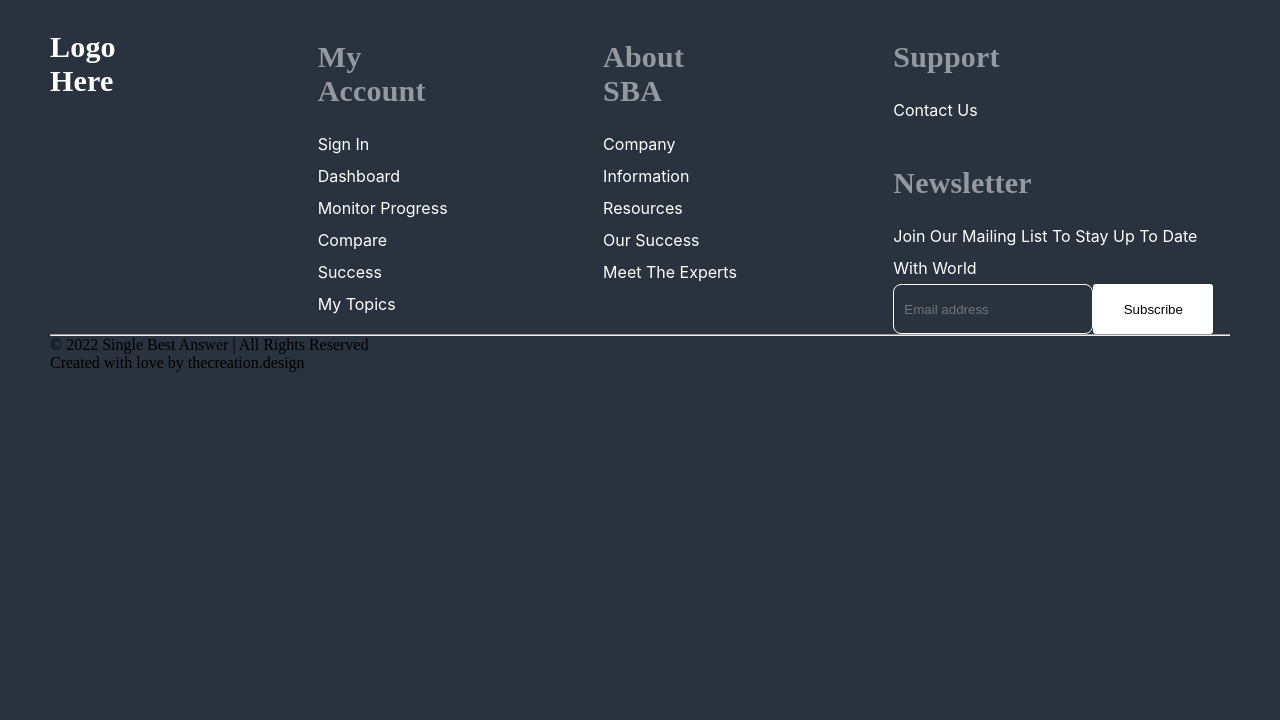
Repository: FaridRustamov09/Final-Task
Page: Pages/connectionPage/index.html
These files come from the project's save history. The page is drawn as it stood at one moment and after the next save; the edit follows.
The browser window is 1280 px wide. The pictures show the whole page.
The style sheet was rebuilt from its Sass, Less or Tailwind sources for each picture, by a compiler version that may differ from the author's.

Above is the page before, as saved 2024-07-14 20:48:15.

After the next save:
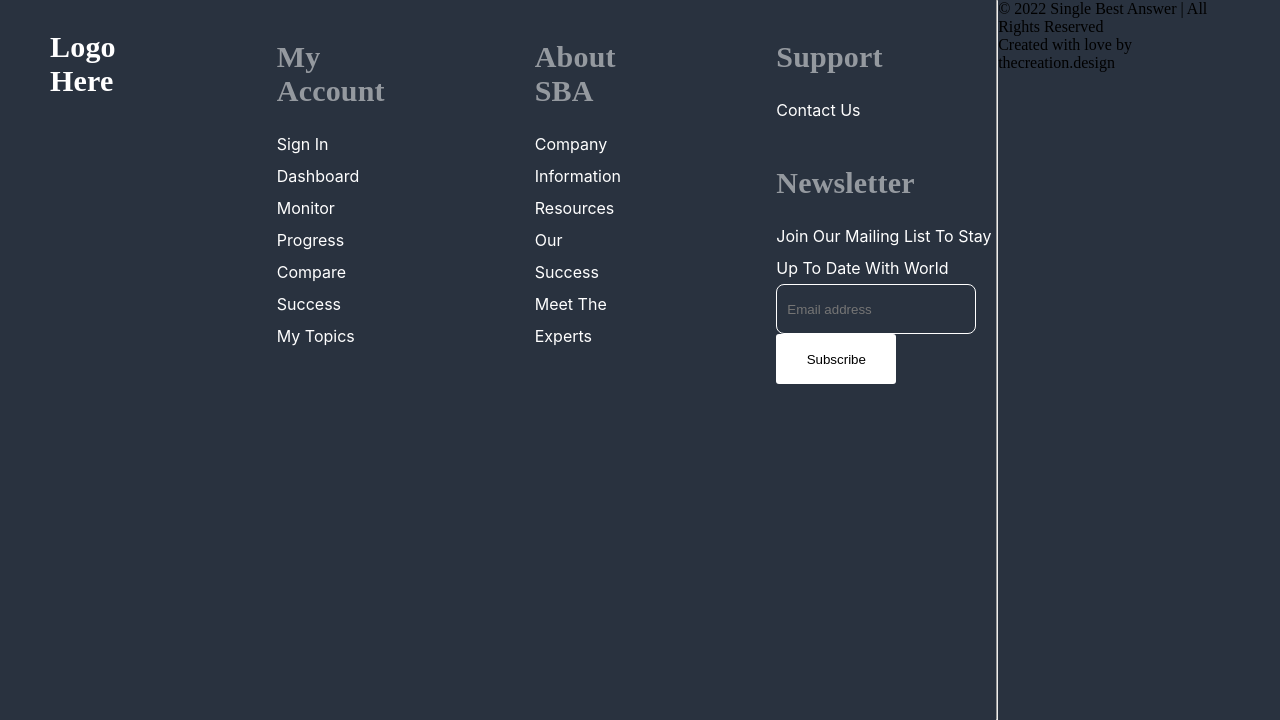
Saved 105 s later.
--- a/Pages/connectionPage/index.scss
+++ b/Pages/connectionPage/index.scss
@@ -6,7 +6,7 @@
 .container4 {
   background-color: #29323f;
   min-height: 100vh;
-//   display: flex;
+  display: flex;
   padding: 0 50px;
   .helper-box{
     display: flex;
